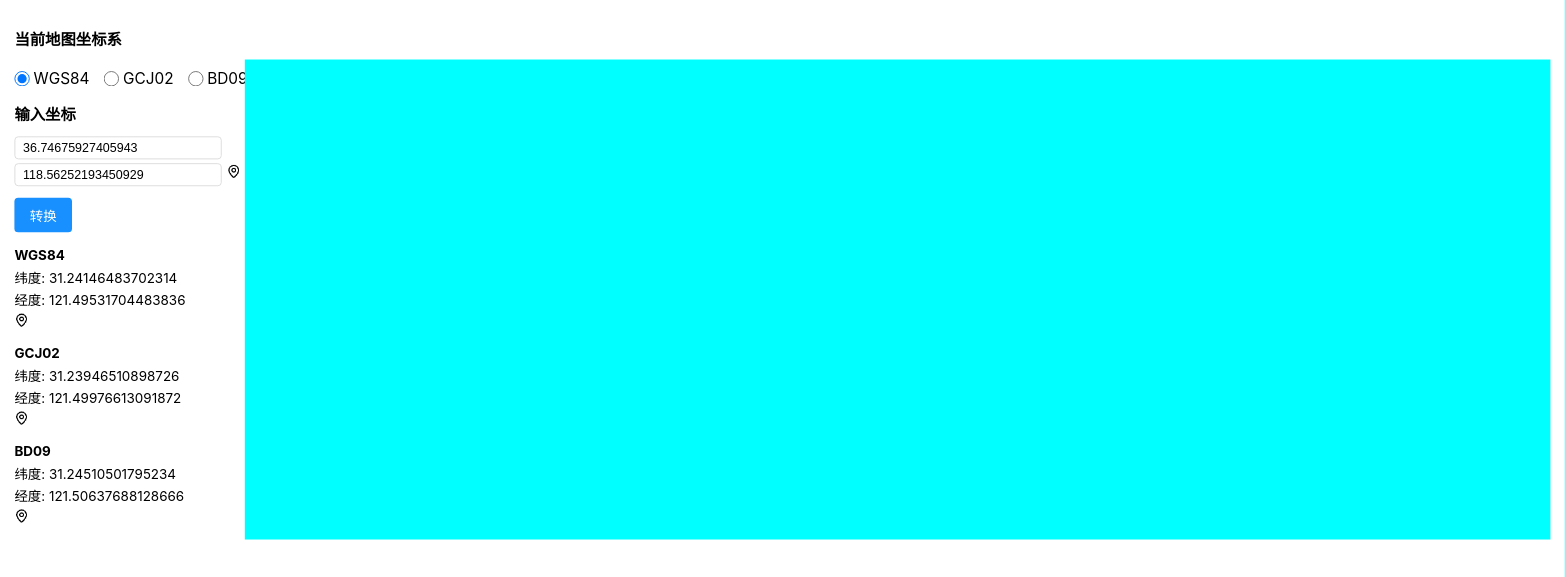
Repository: 1242128273wangpeng/MapTransformTools
Page: popup.html
The author's editor kept a copy of each file at every save. The page is drawn from the files as they stood at one save, then again after the next save.
The browser window is 1280 px wide. The page is 1630 px wide, then 1280 px, so the pictures cover 1630 px, including what lies to the right of the window. The pictures show the whole page, at 96% of full size.

Above is the page before, as saved 2025-01-23 22:38:40.

After the next save:
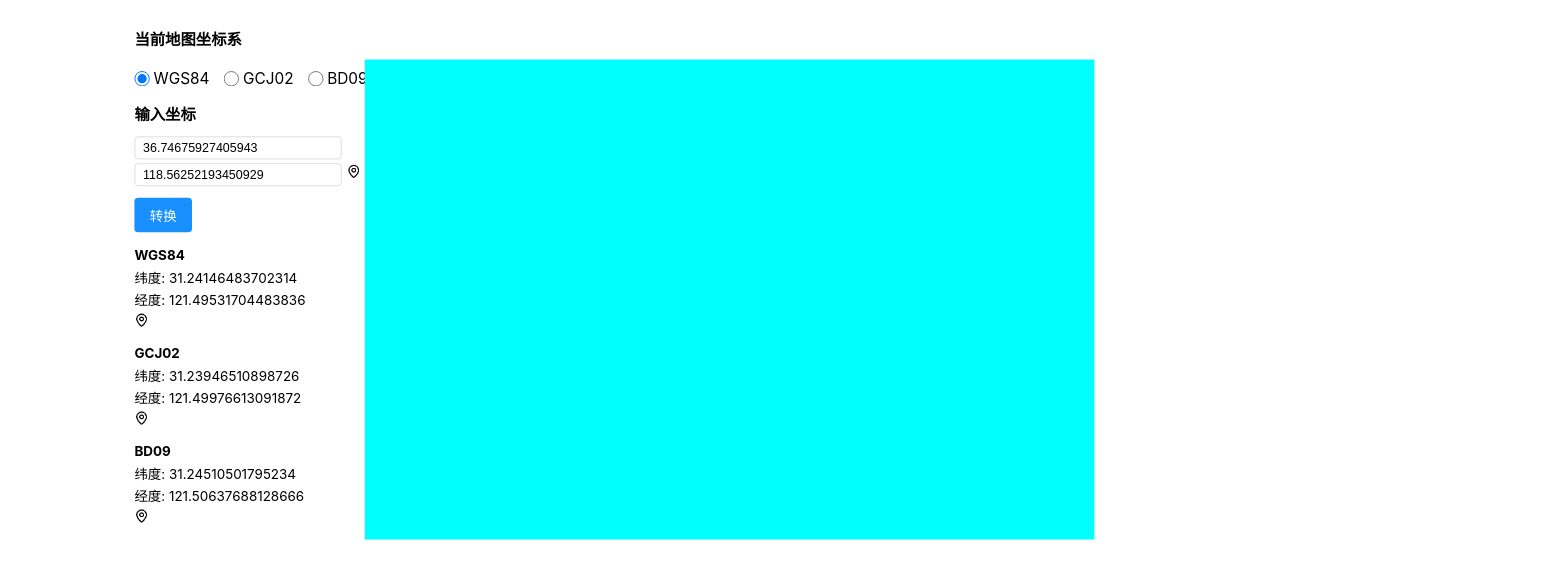
Saved 26 s later.
--- a/popup.html
+++ b/popup.html
@@ -9,7 +9,7 @@
 				font-family: -apple-system, BlinkMacSystemFont, 'Segoe UI', Roboto,
 					Oxygen, Ubuntu, Cantarell, sans-serif;
 				padding: 15px;
-				width: 1600px;
+				width: 1000px;
 				margin: 0 auto;
 			}
 
